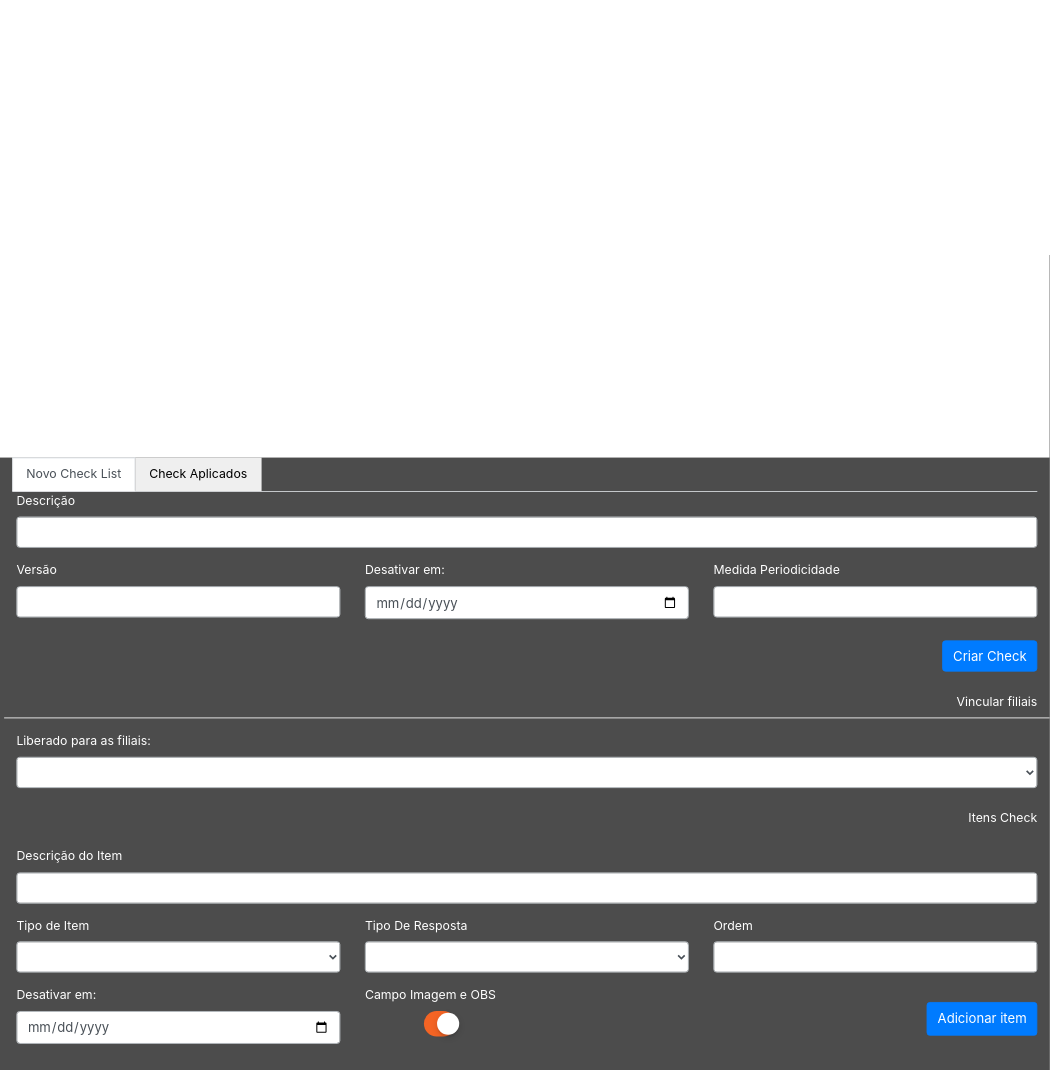
Repository: Conlog-SA/portal_operacional
Page: apps/safety_layout_checklist_app/templates/safety_layout_checklist_app/form_cad_layout_checklist.html
The author's editor kept a copy of each file at every save. The page is drawn from the files as they stood at one save, then again after the next save.
The browser window is 1280 px wide. The pictures show the whole page, at 82% of full size.
The template is drawn by Django 3.2. The application's start-up code is not run. The template is opened directly, without the code that normally fills it, so the values that code supplies are empty.

Above is the page before, as saved 2023-11-16 16:05:47.

After the next save:
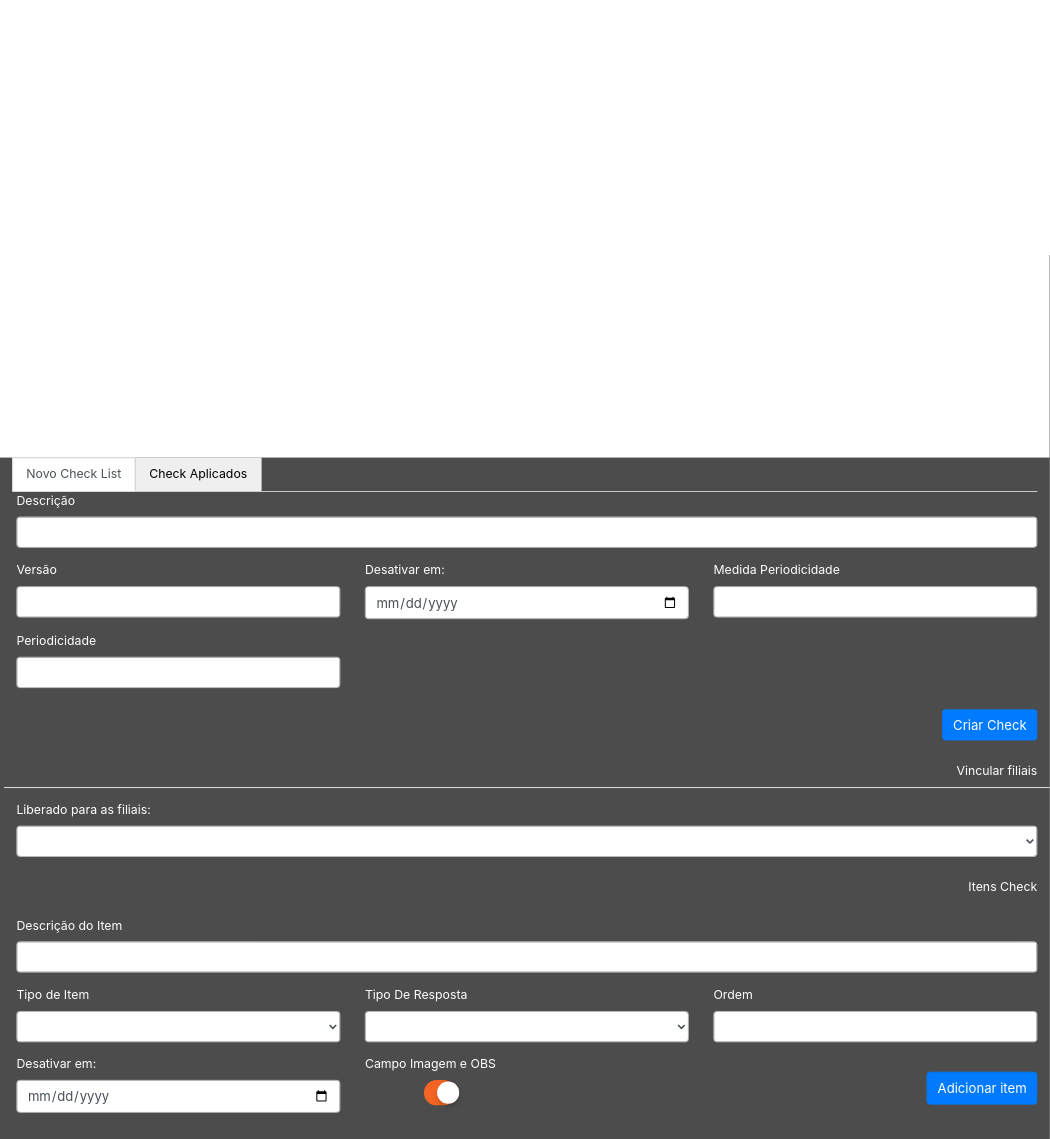
Saved 3 min 9 s later.
--- a/apps/safety_layout_checklist_app/templates/safety_layout_checklist_app/form_cad_layout_checklist.html
+++ b/apps/safety_layout_checklist_app/templates/safety_layout_checklist_app/form_cad_layout_checklist.html
@@ -55,9 +55,13 @@
                                <input type="date" class="form-control" id="desativar_new_check_date">
                              </div>
                              <div class="form-group col-sm-4">
-                               <label for="periodicidade_new_check">Medida Periodicidade</label>
-                               <input type="text" class="form-control" id="periodicidade_new_check">
+                               <label for="medida_periodicidade_new_check">Medida Periodicidade</label>
+                               <input type="text" class="form-control" id="medida_periodicidade_new_check">
                              </div>
+                             <div class="form-group col-sm-4">
+                              <label for="periodicidade_new_check">Periodicidade</label>
+                              <input type="text" class="form-control" id="periodicidade_new_check">
+                            </div>
                              <div class="form-group col-sm-12 w-15 d-flex justify-content-end" style="margin-top:10px">
                                 <button type="button" class="btn btn-primary btn-form" id="btn_new_check" name="btn_new_check"> Criar Check</button>
                              </div>
